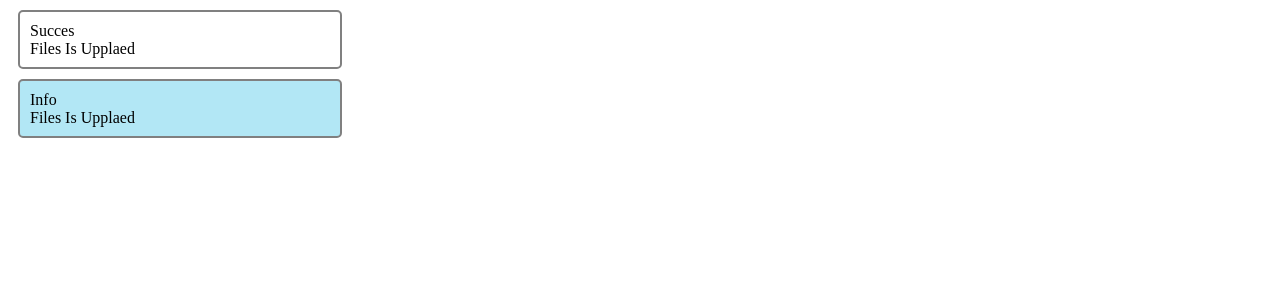
Repository: Fariaddd/javascript-1-module-3
Page: lesson2/6-reusable-html-function/index.html
These files come from the project's save history. The page is drawn as it stood at one moment and after the next save; the edit follows.
The browser window is 1280 px wide. The pictures show the whole page.

Above is the page before, as saved 2022-02-08 14:17:32.
Console error: TypeError: Cannot set properties of null (setting 'innerHTML')

After the next save:
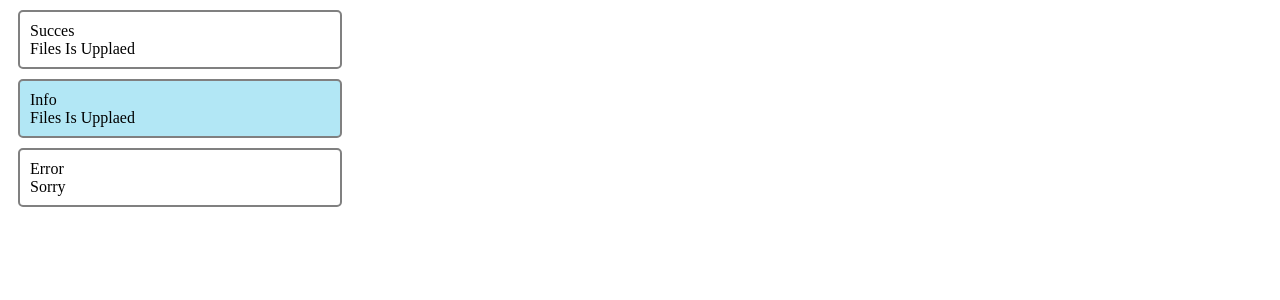
Saved 9 s later.
--- a/lesson2/6-reusable-html-function/index.html
+++ b/lesson2/6-reusable-html-function/index.html
@@ -38,7 +38,7 @@
     <div class="container"></div>
     <div class="message-container"></div>
     <div class="message-info"></div>
-    <div class="info-container"></div>
+    <div class="message-error"></div>
     <div class="warning-container"></div>
   </body>
 </html>
